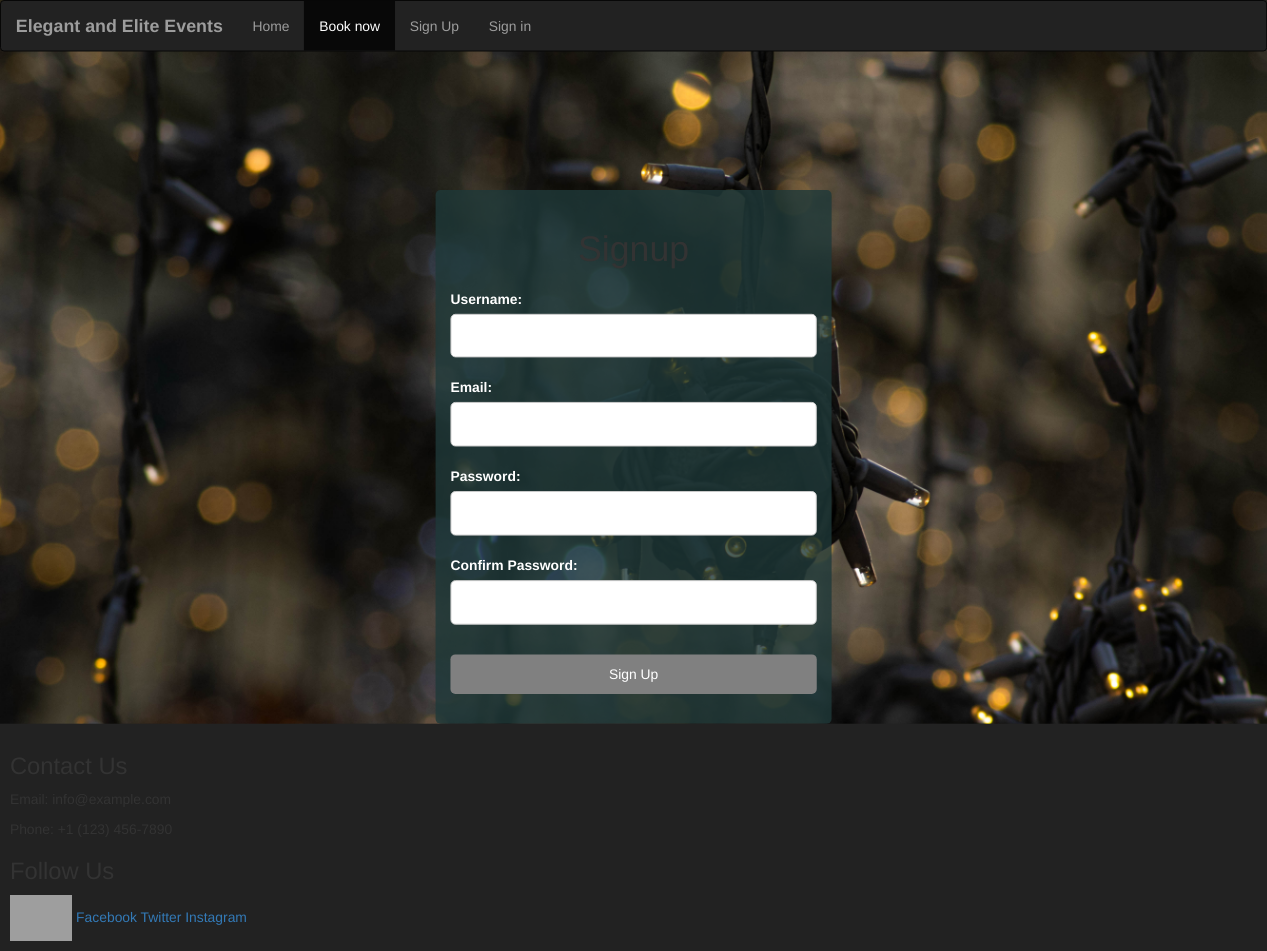
Repository: it22272690/Event-Planning-System
Page: http://localhost/PaymentDemo/Signup.jsp
An editor plug-in stored every save of this project. The page is shown before and after the next save, followed by the edit.
The browser window is 1280 px wide. The pictures show the whole page, at 99% of full size.
Pictures or frames that could not be fetched are drawn as grey boxes. The page is served by Tomcat 10. Other server files are loaded and not shown.

Above is the page before, as saved 2023-10-23 15:32:50.

### PaymentDemo/src/main/webapp/Signup.jsp
<%@ page language="java" contentType="text/html; charset=ISO-8859-1"
    pageEncoding="ISO-8859-1"%>


<!DOCTYPE html>
<html lang="en">
<head>

    <meta charset="UTF-8">
    <meta name="viewport" content="width=device-width, initial-scale=1.0">
    <title>Event Planning System Signup</title>
    <link rel="stylesheet" href="css\signup.css">
     <title>Bootstrap Example</title>
    <meta charset="utf-8">
    <meta name="viewport" content="width=device-width, initial-scale=1">
    <link rel="stylesheet" href="https://maxcdn.bootstrapcdn.com/bootstrap/3.4.1/css/bootstrap.min.css">
    <script src="https://ajax.googleapis.com/ajax/libs/jquery/3.6.4/jquery.min.js"></script>
    <script src="https://maxcdn.bootstrapcdn.com/bootstrap/3.4.1/js/bootstrap.min.js"></script>
</head>
<body>
    <header>

        <nav class="navbar navbar-inverse">

            <div class="container-fluid">
                <div class="navbar-header">

                    <a class="navbar-brand" href="#"><b>Elegant and Elite Events</b></a>

                </div>
                <ul class="nav navbar-nav">

                    <li ><a href="Home.jsp">Home</a></li>
                    <li class="active"><a href="Navigate.jsp">Book now</a></liclass="active">
                    <li><a href="Signup.jsp">Sign Up</a></li>
                    <li><a href="Signin.jsp">Sign in</a></li>


                </ul>
            </div>
        </nav>

    </header>
</head>
<body>
<style>
   body {

            background-image: url("images/signup.jpg");

        }
        footer {
    background-color: #222; /* Dark background for footer */
    padding: 10px;
    text-align: left;
}
</style>
    <br><br><br><br><br><br>
    <div class="container">
        <h1>Signup </h1>
        <form id="signupForm" action="Signin.jsp" method="post">
            <label for="username">Username:</label>
            <input type="text" id="username" name="username" required>

            <label for="email">Email:</label>
            <input type="email" id="email" name="email" required>

            <label for="password">Password:</label>
            <input type="password" id="password" name="password" required>

            <label for="confirmPassword">Confirm Password:</label>
            <input type="password" id="confirmPassword" name="confirmPassword" required><br>

            <button type="submit">Sign Up</button>
        </form>
        <p id="errorText"></p>
    </div>
    <script src="js\signup.js"></script>
    <footer>
            <div class="contact">
                <h3>Contact Us</h3>
                <p>Email: info@example.com</p>
                <p>Phone: +1 (123) 456-7890</p>
            </div>
            <div class="social-media">

                <h3>Follow Us</h3>
                <img src="images\foot.jpg" alt="Chicago" style="width:5%;" style="height:5%;">
                <a href="#">Facebook</a>
                <a href="#">Twitter</a>
                <a href="#">Instagram</a>

            </div>
        </footer>
</body>
</html>

### PaymentDemo/src/main/webapp/css/signup.css
* {
    margin: 0;
    padding: 0;
    box-sizing: border-box;
}

body {
    font-family: 'Times New Roman';
    background-image: url("images\signup.jpg");
    background-repeat: no-repeat;
    background-size: cover;
}

.container {
    max-width: 400px;
    margin: 0 auto;
    padding: 20px;
    background-color: rgba(31, 57, 57, 0.8); /* Semi-transparent background color */
    border-radius: 5px;
}

h1 {
    text-align: center;
    color: #fff;
}

form {
    display: flex;
    flex-direction: column;
    color:#fff;
}

label {
    margin-top: 10px;
    font-weight: bold;
}

input[type="text"],
input[type="email"],
input[type="password"] {
    padding: 10px;
    margin-bottom: 10px;
    border: 1px solid #ccc;
    border-radius: 5px;
    font-size: 16px;
}

button {
    background-color:#808080;
    color:#fff;
    padding: 10px;
    border: none;
    border-radius: 5px;
    font-size: 20px;
    cursor: pointer;
}

    button:hover {
        background-color: rgba(31, 57, 57, 0.8);
    }

#errorText {
    color: red;
    text-align: center;
    margin-top: 10px;
}

### PaymentDemo/src/main/webapp/js/signup.js
document.addEventListener('DOMContentLoaded', function () {
    const signupForm = document.getElementById('signupForm');
    const errorText = document.getElementById('errorText');

    signupForm.addEventListener('submit', function (e) {
        e.preventDefault();

        // Get form values
        const username = document.getElementById('username').value;
        const email = document.getElementById('email').value;
        const password = document.getElementById('password').value;
        const confirmPassword = document.getElementById('confirmPassword').value;

        // Check if passwords match
        if (password !== confirmPassword) {
            errorText.textContent = 'Passwords do not match.';
            return;
        }

        // Perform further validation if needed

        // Submit the form data to the server or perform other actions
        // For demonstration purposes, just display a success message
        errorText.textContent = 'Signup successful!';

        // You would typically send the form data to the server for processing here
    });
});

After the next save:
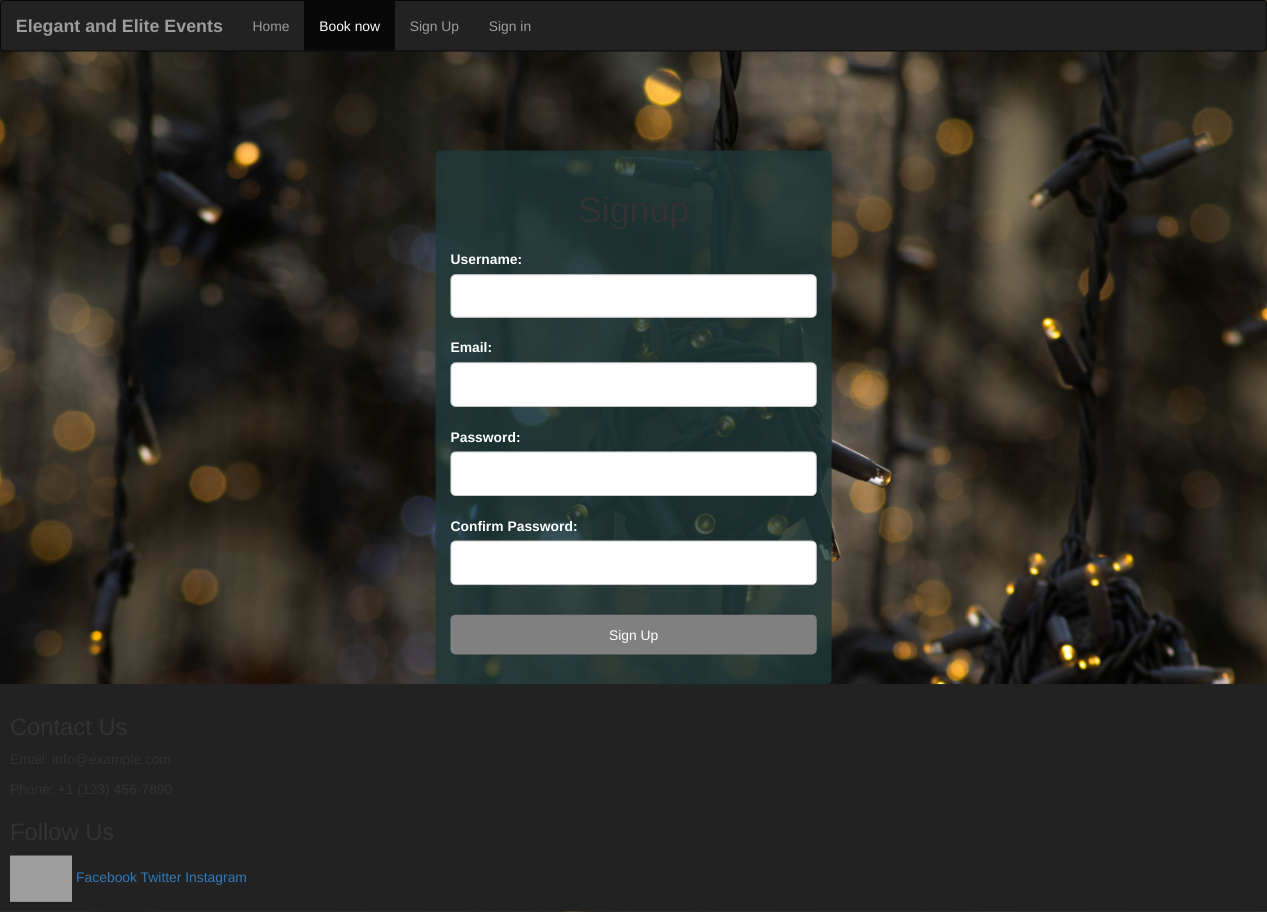
Saved 18 s later.
--- a/PaymentDemo/src/main/webapp/Signup.jsp
+++ b/PaymentDemo/src/main/webapp/Signup.jsp
@@ -55,7 +55,7 @@
     text-align: left;
 }
 </style>
-    <br><br><br><br><br><br>
+    <br><br><br><br>
     <div class="container">
         <h1>Signup </h1>
         <form id="signupForm" action="Signin.jsp" method="post">
